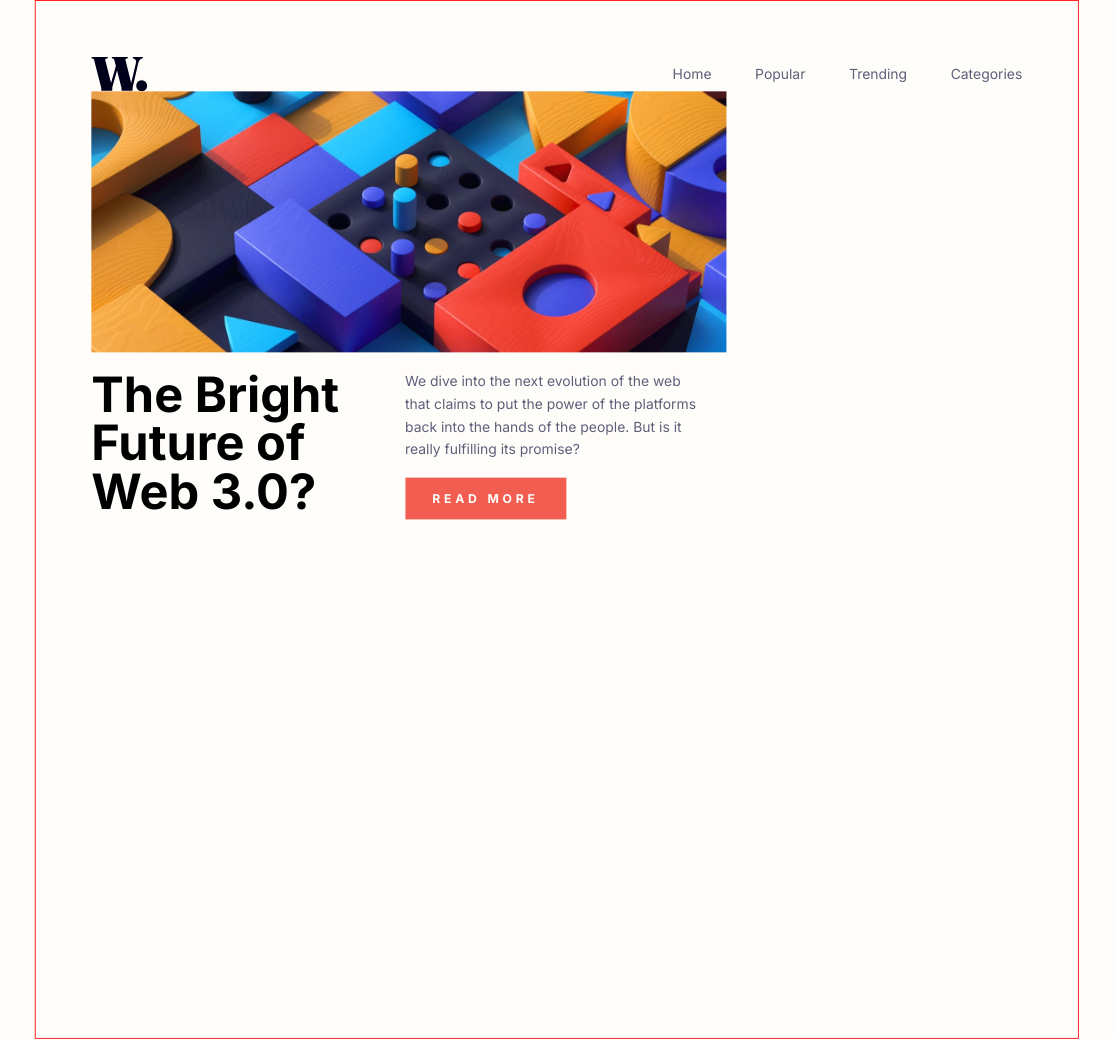
Repository: Arkitecth/news-webpage
Page: index.html
An editor plug-in stored every save of this project. The page is shown before and after the next save, followed by the edit.
The browser window is 1280 px wide. The pictures show the whole page, at 87% of full size.

Above is the page before, as saved 2023-06-07 20:48:39.

After the next save:
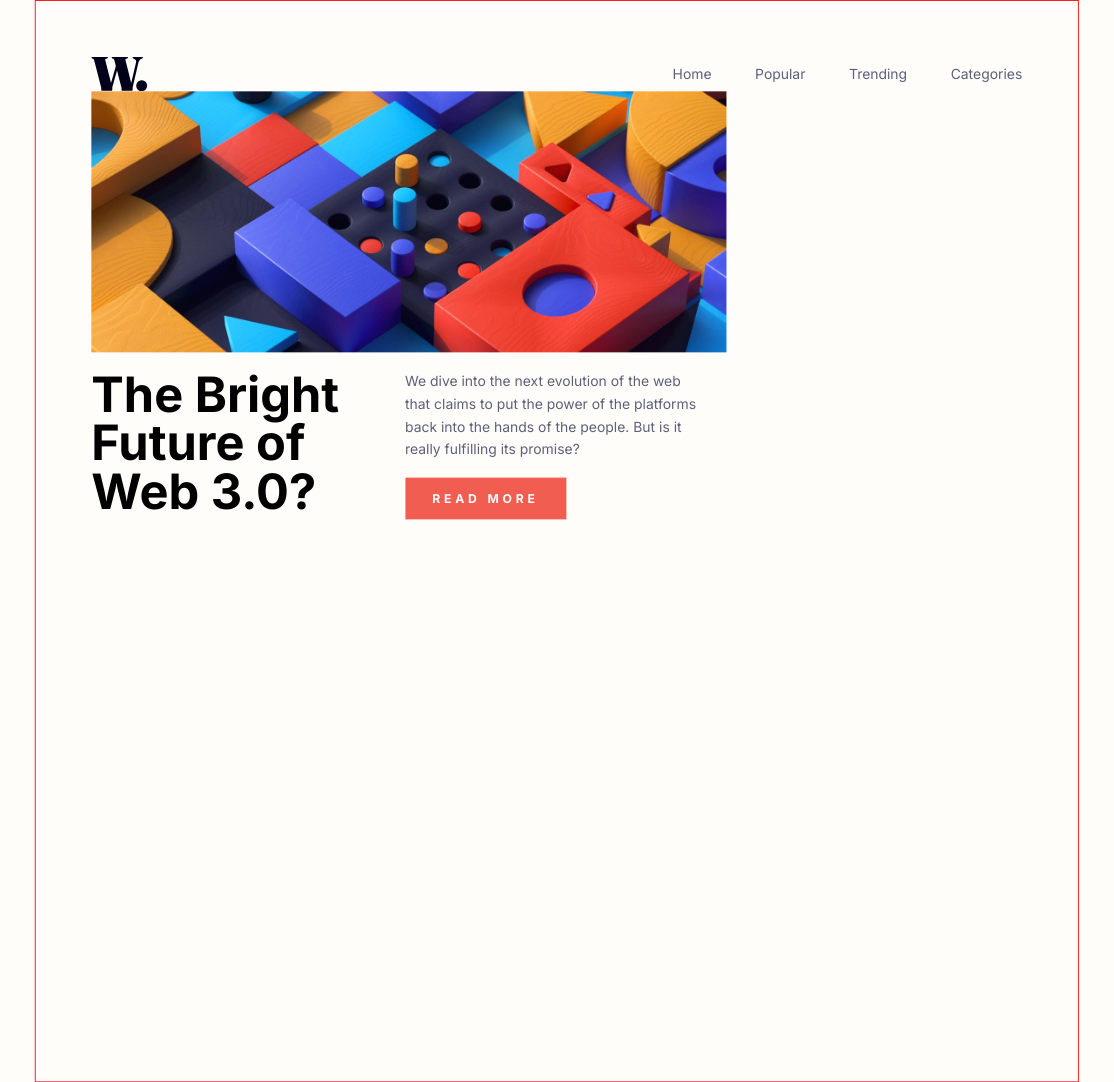
Saved 54 s later.
--- a/style.css
+++ b/style.css
@@ -98,6 +98,8 @@
     display: grid;
     grid-template-columns: 1fr 1fr 1fr;
     grid-template-rows: 1fr 1fr;
+    row-gap: 50px
+    ;
 }
 
 .showcase-card .background-image {

After the save that followed:
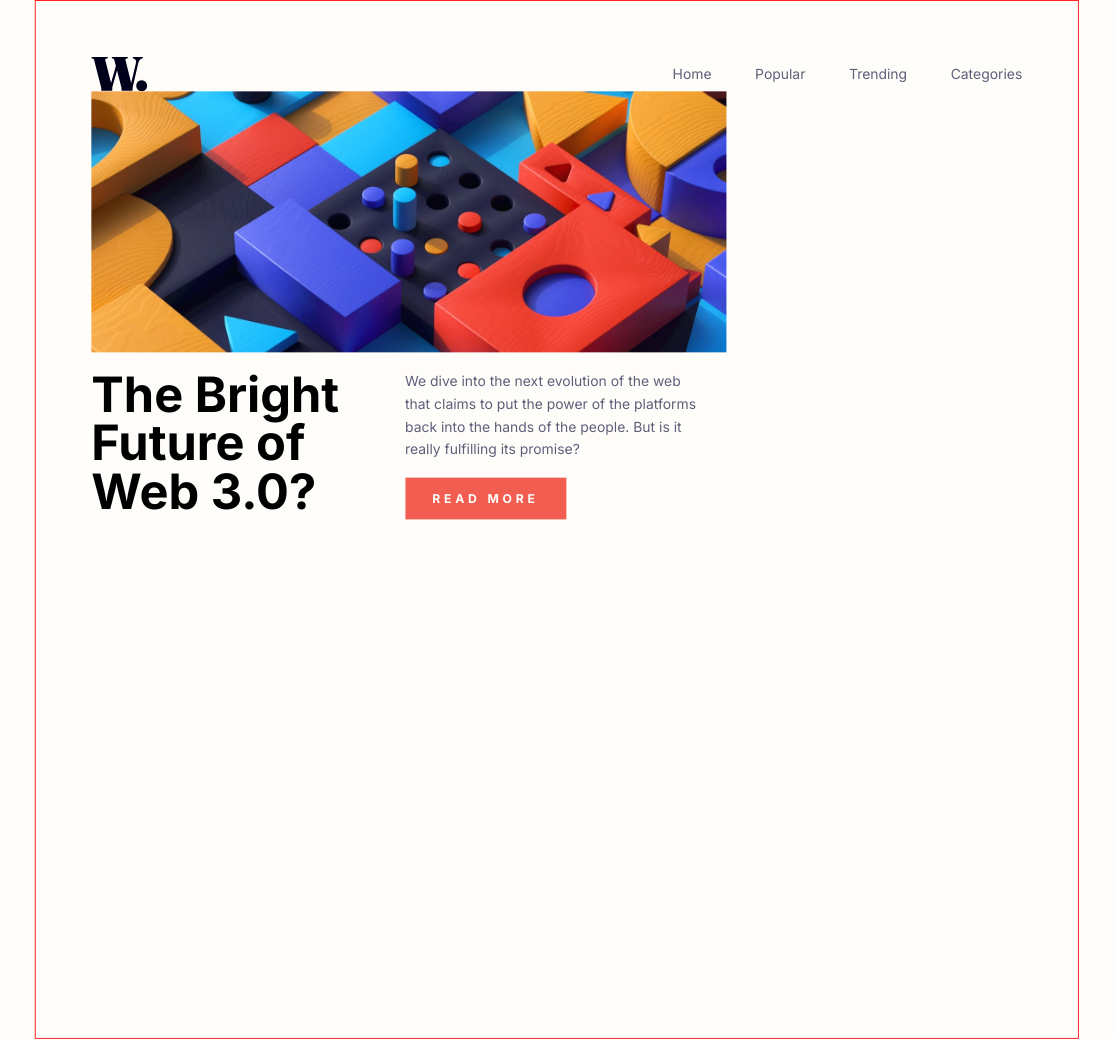
Saved 8 s later.
--- a/style.css
+++ b/style.css
@@ -98,8 +98,6 @@
     display: grid;
     grid-template-columns: 1fr 1fr 1fr;
     grid-template-rows: 1fr 1fr;
-    row-gap: 50px
-    ;
 }
 
 .showcase-card .background-image {
